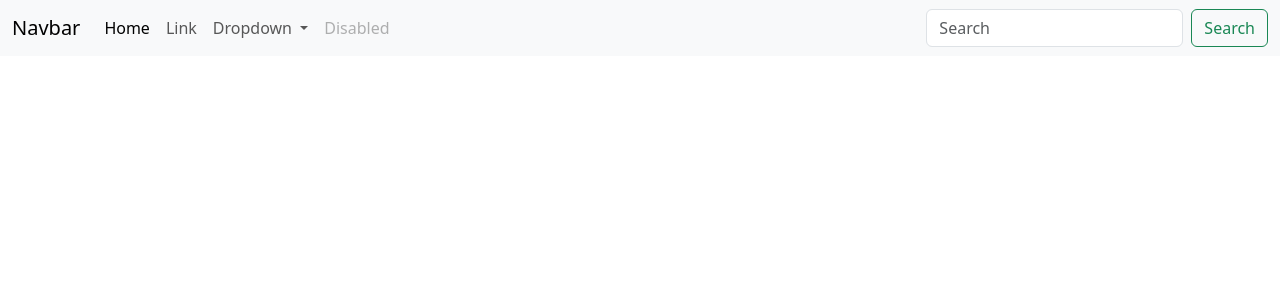
Repository: Laibaaa10/zarrin-website
Page: zarrin-website/index.html
The author's editor kept a copy of each file at every save. The page is drawn from the files as they stood at one save, then again after the next save.
The browser window is 1280 px wide. The pictures show the whole page.

Above is the page before, as saved 2026-06-29 20:45:53.

### zarrin-website/index.html
<!DOCTYPE html>
<html lang="en">
<head>
    <meta charset="UTF-8">
    <meta name="viewport" content="width=device-width, initial-scale=1.0">
    <title>Document</title>
    <link rel="stylesheet" href="bootstrap.min.css">
</head>
<body>
    <!--Header Start-->
    <nav class="navbar navbar-expand-lg bg-body-tertiary">
  <div class="container-fluid">
    <a class="navbar-brand" href="#">Navbar</a>
    <button class="navbar-toggler" type="button" data-bs-toggle="collapse" data-bs-target="#navbarSupportedContent" aria-controls="navbarSupportedContent" aria-expanded="false" aria-label="Toggle navigation">
      <span class="navbar-toggler-icon"></span>
    </button>
    <div class="collapse navbar-collapse" id="navbarSupportedContent">
      <ul class="navbar-nav me-auto mb-2 mb-lg-0">
        <li class="nav-item">
          <a class="nav-link active" aria-current="page" href="#">Home</a>
        </li>
        <li class="nav-item">
          <a class="nav-link" href="#">Link</a>
        </li>
        <li class="nav-item dropdown">
          <a class="nav-link dropdown-toggle" href="#" role="button" data-bs-toggle="dropdown" aria-expanded="false">
            Dropdown
          </a>
          <ul class="dropdown-menu">
            <li><a class="dropdown-item" href="#">Action</a></li>
            <li><a class="dropdown-item" href="#">Another action</a></li>
            <li><hr class="dropdown-divider"></li>
            <li><a class="dropdown-item" href="#">Something else here</a></li>
          </ul>
        </li>
        <li class="nav-item">
          <a class="nav-link disabled" aria-disabled="true">Disabled</a>
        </li>
      </ul>
      <form class="d-flex" role="search">
        <input class="form-control me-2" type="search" placeholder="Search" aria-label="Search"/>
        <button class="btn btn-outline-success" type="submit">Search</button>
    </div>
  </div>
</nav>
    <!--Header End-->
    <script src="bootstrap.bundle.min.js"></script>
    <link rel="stylesheet" href="style.css">
</body>
</html>

Loaded but not shown: bootstrap.min.css (library); bootstrap.bundle.min.js (library); zarrin-website/style.css (no copy from this time; the picture is the same without it)

After the next save:
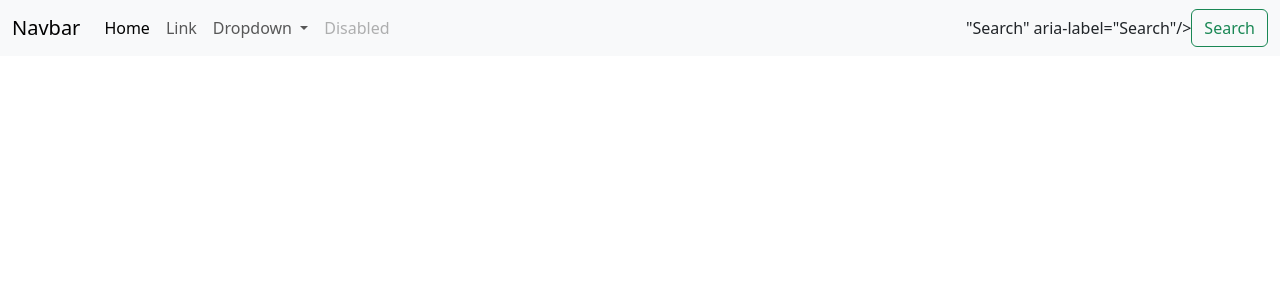
Saved 13 s later.
--- a/zarrin-website/index.html
+++ b/zarrin-website/index.html
@@ -37,8 +37,7 @@
           <a class="nav-link disabled" aria-disabled="true">Disabled</a>
         </li>
       </ul>
-      <form class="d-flex" role="search">
-        <input class="form-control me-2" type="search" placeholder="Search" aria-label="Search"/>
+      "Search" aria-label="Search"/>
         <button class="btn btn-outline-success" type="submit">Search</button>
     </div>
   </div>
